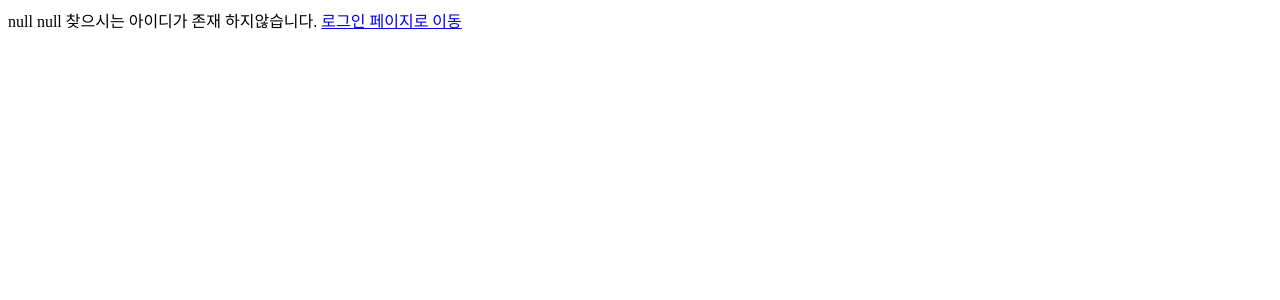
Repository: wake45/Web_Programming_Project
Page: http://localhost/WebP/findId.jsp
An editor plug-in stored every save of this project. The page is shown before and after the next save, followed by the edit.
The browser window is 1280 px wide. The pictures show the whole page.
The page is served by Tomcat 9. Other server files are loaded and not shown. Queries for data that is not in the repository find no rows.

Above is the page before, as saved 2018-06-15 07:07:34.

### Web_기말프로젝트_20145150_이상욱/WebP/WebContent/findId.jsp
<%@ page language="java" contentType="text/html; charset=EUC-KR"
    pageEncoding="EUC-KR"%>
<!DOCTYPE html PUBLIC "-//W3C//DTD HTML 4.01 Transitional//EN" "http://www.w3.org/TR/html4/loose.dtd">
<html>
<head>
<meta http-equiv="Content-Type" content="text/html; charset=EUC-KR">
<title>Insert title here</title>
</head>
<body>
<jsp:useBean id="findId_" class="Info.Member" scope="page"/>
<jsp:useBean id="dbconnect" class="Info.DBConnection" scope="page"/>
<jsp:setProperty name="findId_" property="*"/>


<%= findId_.getName() %>
<%= findId_.getNumber() %>
<%
String str=null;
	if( (str = dbconnect.findId(findId_.getName(),findId_.getNumber())) != null){
		session.setAttribute("findId_",str);
		out.print("아이디 : " + str);
		out.print("\n<a href=login.html>로그인 페이지로 이동</a>");
	}
	else{
		out.print("찾으시는 아이디가 존재 하지않습니다.");
		out.print("\n<a href=login.html>로그인 페이지로 이동</a>");
	}
%>
</body>
</html>

### Web_기말프로젝트_20145150_이상욱/WebP/src/Info/Member.java
package Info;

public class Member {
	private String id;
	private String password;
	private String name;
	private String number;
	public String getId() {
		return id;
	}
	public void setId(String id) {
		this.id = id;
	}
	public String getPassword() {
		return password;
	}
	public void setPassword(String password) {
		this.password = password;
	}
	public String getName() {
		return name;
	}
	public void setName(String name) {
		this.name = name;
	}
	public String getNumber() {
		return number;
	}
	public void setNumber(String number) {
		this.number = number;
	}
}

### Web_기말프로젝트_20145150_이상욱/WebP/src/Info/DBConnection.java
package Info;

import java.sql.*;

public class DBConnection {
	private static final String JDBC_DRIVER = "com.mysql.jdbc.Driver";
	private static final String JDBC_URL = "jdbc:mysql://localhost:3306/webdb?characterEncoding=UTF-8&serverTimezone=UTC";
	private static final String USER = "root";
	private static final String PASSWD = "1234";


	private Connection con = null;
	private PreparedStatement pstmt = null;

	public DBConnection() {
		try {
			Class.forName(JDBC_DRIVER);
		}catch(Exception e) {
			e.printStackTrace();
		}
	}

	public void connect() {
		try{
			con = DriverManager.getConnection(JDBC_URL, USER, PASSWD);
		}catch(Exception e){
			e.printStackTrace();
		}
	}

	public boolean isMember(String id, String pwd) {
		boolean success = true;
		connect();
		String sql = "select * from member";
		ResultSet information = null;

		try {
			pstmt = con.prepareStatement(sql);
			information = pstmt.executeQuery(sql);

			while(information.next()) {
				if(id.equals(information.getString(1)) && pwd.equals(information.getString(2))) {
					return success;
				}
			}

			information.close();
			disconnection();

			return !success;
		}catch(SQLException e) {
			e.printStackTrace();
			return !success;
		}
	}

	public String findId(String name, String number) {
		connect();
		String sql = "select * from member where name=? and number=?";
		ResultSet information=null;
		String str = null;
		try {
			pstmt = con.prepareStatement(sql);
			pstmt.setString(1, name);
			pstmt.setString(2, number);
			information = pstmt.executeQuery();

			while(information.next()) {
					str = information.getString(1);
			}

			information.close();
			disconnection();

			return str;
		}catch(SQLException e) {
			e.printStackTrace();
			return null;
		}
	}

	public String findPwd(String id ,String name, String number) {
		connect();
		String sql = "select * from member where id=? and name=? and number=?";
		ResultSet information = null;
		String str = null;
		try {
			pstmt = con.prepareStatement(sql);
			pstmt.setString(1, id);
			pstmt.setString(2, name);
			pstmt.setString(3, number);
			information = pstmt.executeQuery(sql);

			while(information.next()) {
					str = information.getString(2);
			}

			information.close();
			disconnection();

			return str;
		}catch(SQLException e) {
			e.printStackTrace();
			return null;
		}
	}

	public boolean insertMember(Member mem) {
		boolean success = true;

		connect();
		String sql = "insert into member values(?, ?, ?, ?)";
		//ResultSet information = null;
		try {
			pstmt = con.prepareStatement(sql);
			//information = pstmt.executeQuery(sql);

			pstmt.setString(1, mem.getId());
			pstmt.setString(2, mem.getPassword());
			pstmt.setString(3, mem.getName());
			pstmt.setString(4, mem.getNumber());
			pstmt.executeUpdate();
	    	//information.close();

			disconnection();
	        return success;

		}catch(SQLException e) {
			e.printStackTrace();
			return !success;
		}
	}

	public void disconnection() {
		if(pstmt != null) {
			try {
				pstmt.close();
			}catch(SQLException e) {
				e.printStackTrace();
			}
		}
		if(con != null) {
			try {
				con.close();
			}catch(SQLException e) {
				e.printStackTrace();
			}
		}
	}
}

After the next save:
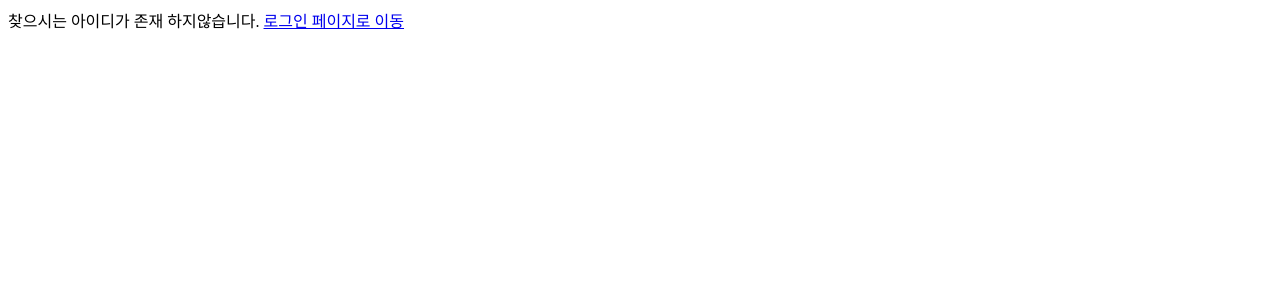
Saved 62 s later.
--- a/Web_기말프로젝트_20145150_이상욱/WebP/WebContent/findId.jsp
+++ b/Web_기말프로젝트_20145150_이상욱/WebP/WebContent/findId.jsp
@@ -11,11 +11,8 @@
 <jsp:useBean id="dbconnect" class="Info.DBConnection" scope="page"/>
 <jsp:setProperty name="findId_" property="*"/>
 
-
-<%= findId_.getName() %>
-<%= findId_.getNumber() %>
 <%
-String str=null;
+	String str=null;
 	if( (str = dbconnect.findId(findId_.getName(),findId_.getNumber())) != null){
 		session.setAttribute("findId_",str);
 		out.print("아이디 : " + str);
